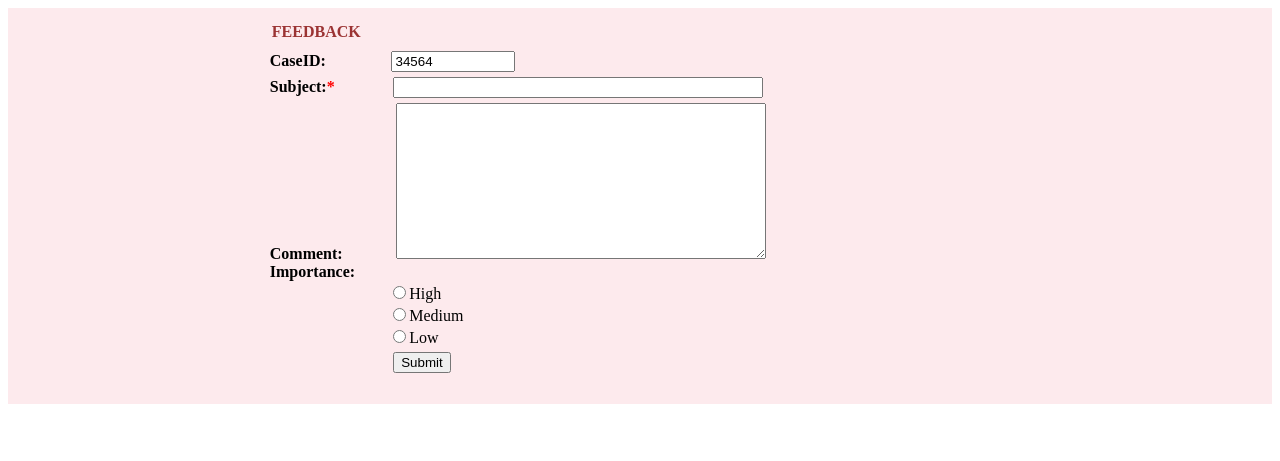
Repository: vRia4/INST728J-Victoria-Nathaniel
Page: Assignments/feedback.html
An editor plug-in stored every save of this project. The page is shown before and after a run of saves, followed by the edit.
The browser window is 1280 px wide. The pictures show the whole page.

Above is the page before, as saved 2023-07-25 11:40:49.

After the next 4 saves:
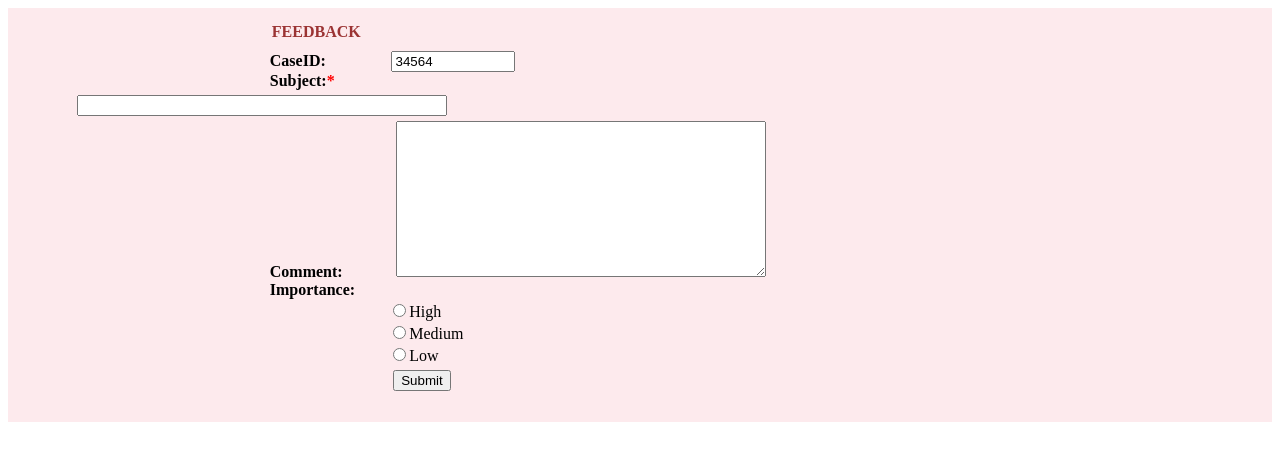
The 4 saves are shown as one change because they came seconds apart.
The last was saved 30 s later.
--- a/Assignments/feedback.html
+++ b/Assignments/feedback.html
@@ -57,7 +57,7 @@
             <label for="caseID" > CaseID: </label>
 	        <input type="num" value="34564"><br>
 
-            <label for="subject">Subject:<span style="color: red;">*</label>
+            <label for="subject">Subject:<span style="color: red;">*</label> <br>
             <input type="class" placeholder=" "> </br>
 
             <!-- <div> -->

After the save that followed:
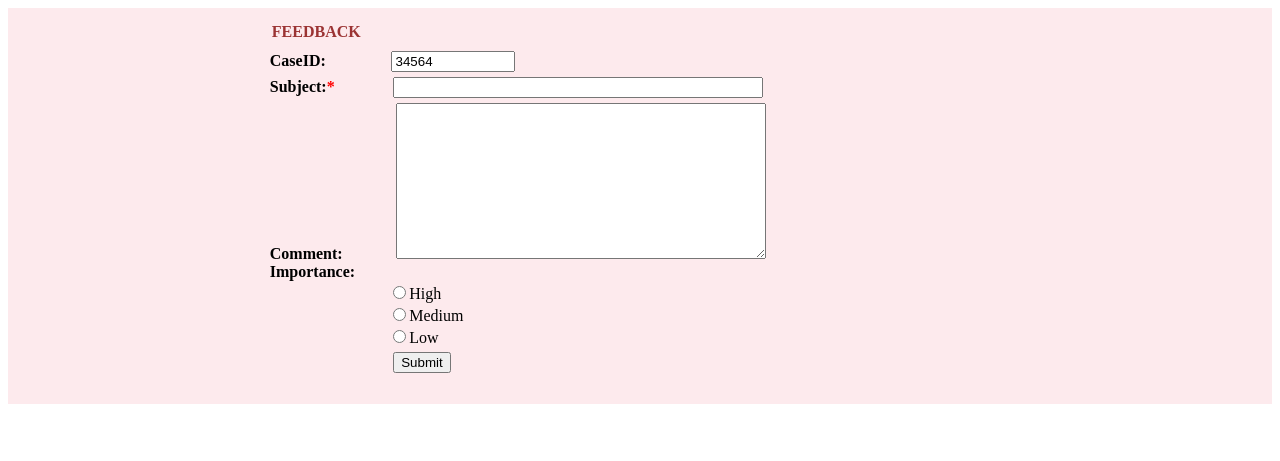
Saved 12 s later.
--- a/Assignments/feedback.html
+++ b/Assignments/feedback.html
@@ -57,7 +57,7 @@
             <label for="caseID" > CaseID: </label>
 	        <input type="num" value="34564"><br>
 
-            <label for="subject">Subject:<span style="color: red;">*</label> <br>
+            <label for="subject">Subject:<span style="color: red;">*</label>
             <input type="class" placeholder=" "> </br>
 
             <!-- <div> -->
